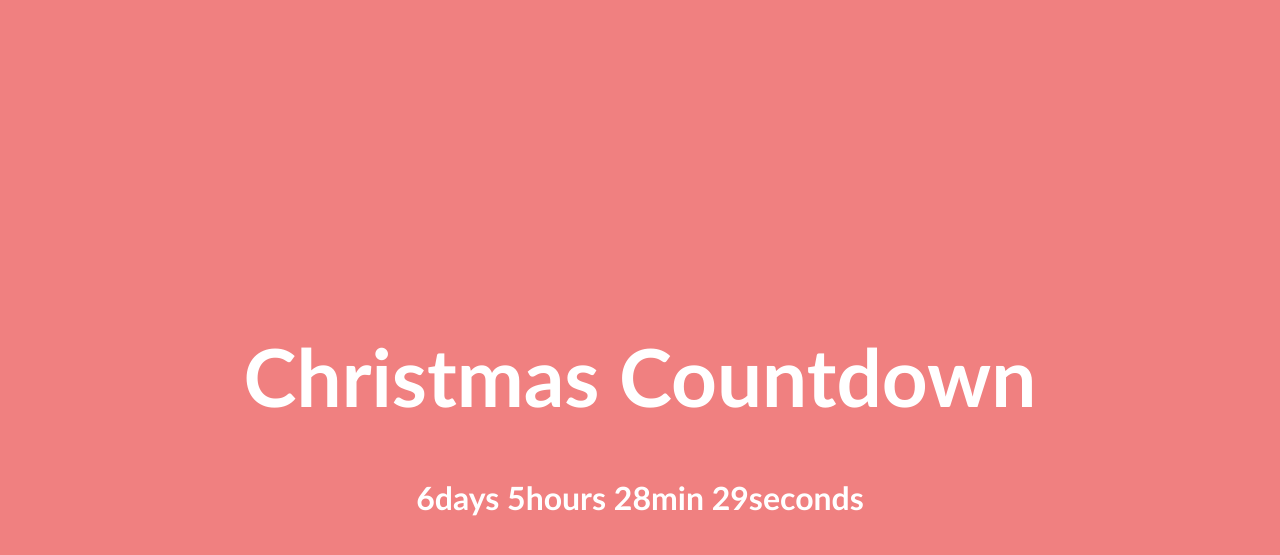
Repository: notMaximilian/countdown-timer
Page: index.html
An editor plug-in stored every save of this project. The page is shown before and after the next save, followed by the edit.
The browser window is 1280 px wide. The pictures show the whole page.

Above is the page before, as saved 2021-12-18 18:52:13.

After the next save:
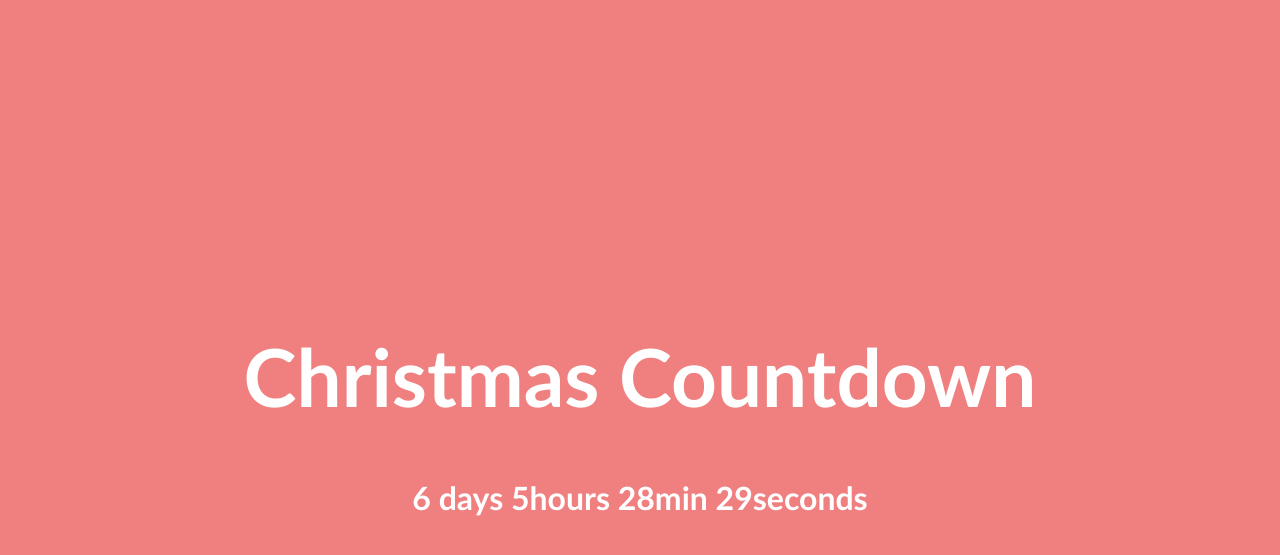
Saved 45 s later.
--- a/app.js
+++ b/app.js
@@ -29,7 +29,7 @@ function countdown(){
     const minutes = Math.floor((timeSpan % hour) / minute)
     const seconds = Math.floor((timeSpan % minute) / second)
 
-    timeLeft.innerHTML = days + "days " + hours + "hours " + minutes + "min " + seconds + "seconds"
+    timeLeft.innerHTML = days + " days " + hours + "hours " + minutes + "min " + seconds + "seconds"
 
 }
 
